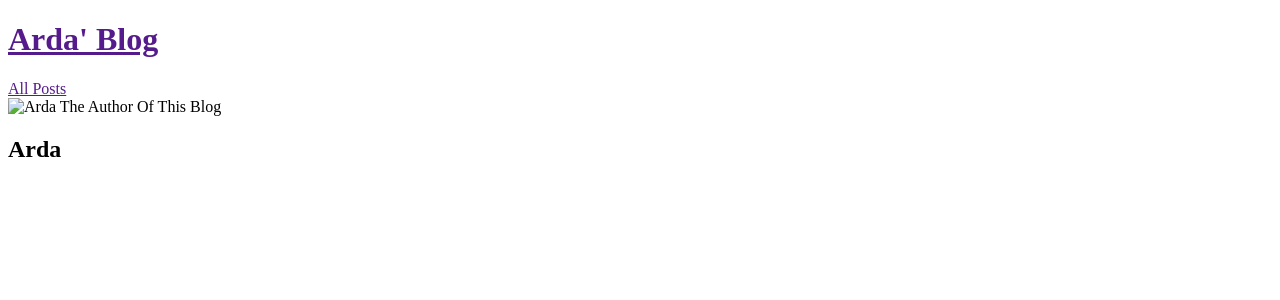
Repository: ardagungunes/my-blog
Page: http://localhost/
The author's editor kept a copy of each file at every save. The page is drawn from the files as they stood at one save, then again after a run of saves.
The browser window is 1280 px wide. The pictures show the whole page.
The page is served by the project's application, run on Django 5.2 (manage.py). Other server files are loaded and not shown.

Above is the page before, as saved 2024-07-25 17:55:17.

### blog/templates/blog/index.html
{% extends "base.html" %}

{% block title%}

My Blog

{%endblock%}

{% block content %}

<header id="main-navigation">
    <h1><a href=""> Arda' Blog </a></h1>
    <nav>
        <a href=""> All Posts </a>
    </nav>
</header>

<section id="welcome">
    <header>
        <img src="" alt="Arda The Author Of This Blog" />
        <h2>Arda</h2>
    </header>
</section>

{%endblock%}

### templates/base.html
<!DOCTYPE html>
<html lang="en">
  <head>
    <meta charset="UTF-8" />
    <meta name="viewport" content="width=device-width, initial-scale=1.0" />
    <title>{% block title %}{% endblock %}</title>
    {% block css_files %}{% endblock %}
  </head>
  <body>
    {% block content %}{% endblock %}
  </body>
</html>

### blog/views.py
from django.shortcuts import render
from django.http import HttpResponse

# Create your views here.

def starting_page(request):
    return render(request, "blog/index.html")

def posts(request):
    return HttpResponse("<h1>All Posts!</h1>")

def post_detail(request, slug):
    print(slug)
    print(slug)
    return HttpResponse("<h1>Single Post!</h1>")

### my_site/urls.py
"""
URL configuration for my_site project.

The `urlpatterns` list routes URLs to views. For more information please see:
    https://docs.djangoproject.com/en/5.0/topics/http/urls/
Examples:
Function views
    1. Add an import:  from my_app import views
    2. Add a URL to urlpatterns:  path('', views.home, name='home')
Class-based views
    1. Add an import:  from other_app.views import Home
    2. Add a URL to urlpatterns:  path('', Home.as_view(), name='home')
Including another URLconf
    1. Import the include() function: from django.urls import include, path
    2. Add a URL to urlpatterns:  path('blog/', include('blog.urls'))
"""
from django.contrib import admin
from django.urls import path, include

urlpatterns = [
    path('admin/', admin.site.urls),
    path("", include("blog.urls"))
]

### blog/urls.py
from django.urls import path
from . import views

urlpatterns = [
    path("", views.starting_page, name="starting-page"),
    path("posts", views.posts, name="posts-page"),
    path("posts/<slug:slug>", views.post_detail, name="post-detail-page")
]

After the next 3 saves:
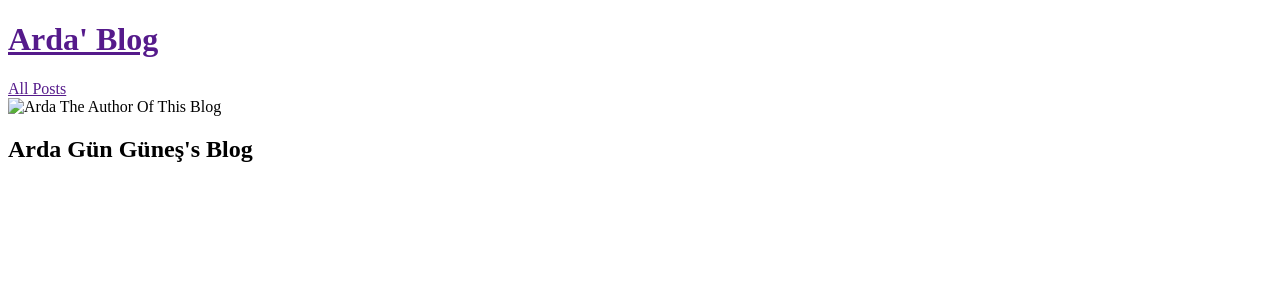
The 3 saves are shown as one change because they came seconds apart.
The last was saved 12 s later.
--- a/blog/templates/blog/index.html
+++ b/blog/templates/blog/index.html
@@ -18,7 +18,7 @@ My Blog
 <section id="welcome">
     <header>
         <img src="" alt="Arda The Author Of This Blog" />
-        <h2>Arda</h2>
+        <h2>Arda Gün Güneş's Blog</h2>
     </header>
 </section>
 
